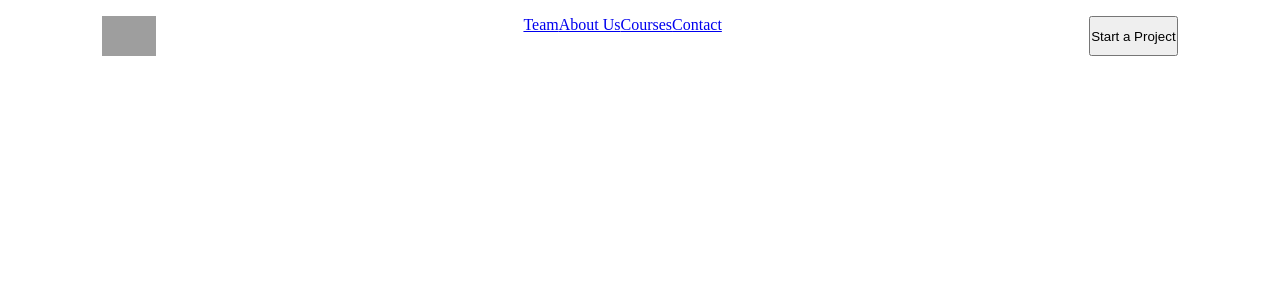
Repository: PraffulPatel27/Codehelp-Mini-Clone
Page: index.html
The author's editor kept a copy of each file at every save. The page is drawn from the files as they stood at one save, then again after a run of saves.
The browser window is 1280 px wide. The pictures show the whole page.
Pictures or frames that could not be fetched are drawn as grey boxes.

Above is the page before, as saved 2024-02-24 19:57:30.

### index.html
<!DOCTYPE html>
<html lang="en">
<head>
    <meta charset="UTF-8">
    <meta name="viewport" content="width=device-width, initial-scale=1.0">
    <title>Codehelp Website Clone</title>
    <link rel="stylesheet" href="style.css">
    <link rel="icon" href="assets/logo.png" type="image/x-icon">
</head>
<body>

    <div class="wrapper">

        <nav>
            <div class="nav-container">
                <img src="assets/logo.png" alt="logo" class="logo">

                <ul class="nav-links">
                    <li><a href="#">Team</a></li>
                    <li><a href="#">About Us</a></li>
                    <li><a href="#">Courses</a></li>
                    <li><a href="#">Contact</a></li>
                </ul>

                <button class="start-btn">Start a Project</button>
            </div>
        </nav>

        <!-- <div class="container">

            <div class="box" id="header">header</div>
            <div class="box" id="main-content1">main 1</div>
            <div class="box" id="main-content2">main 2</div>
            <div class="box" id="footer">footer</div>
        </div> -->

    </div>
</body>
</html>

### style.css
* {
    margin: 0;
    padding: 0;
    box-sizing: border-box;
}

.wrapper {
    padding-left: 8%;
    padding-right: 8%;
}

.nav-container {
    display: flex;
    justify-content: space-between;
    padding-top: 1.5%;
    padding-bottom: 1%;
}

.nav-container img {
    width: 5%;
}

.nav-container button {
    width: ;
}

.nav-links {
    display: flex;
    justify-content: space-between;
    list-style-type: none;
}

.container {
    height: 100vh;
    background-color: aquamarine;
    border: 1px solid green;
    display: grid;

    grid-template-rows: 80px 1fr 1fr 100px;
    grid-template-columns: 1fr;
    grid-gap: 15px;

    grid-template-areas:
    "hd"
    "main1"
    "main2"
    "ft";
}

.box {
    border: 1px solid red;
    background-color: antiquewhite;

}

#header {
    grid-area: hd;
}

#main-content1 {
    grid-row: main1
}

#main-content2 {
    grid-row: main2
}

#footer {
    grid-area: ft;
}

After the next 3 saves:
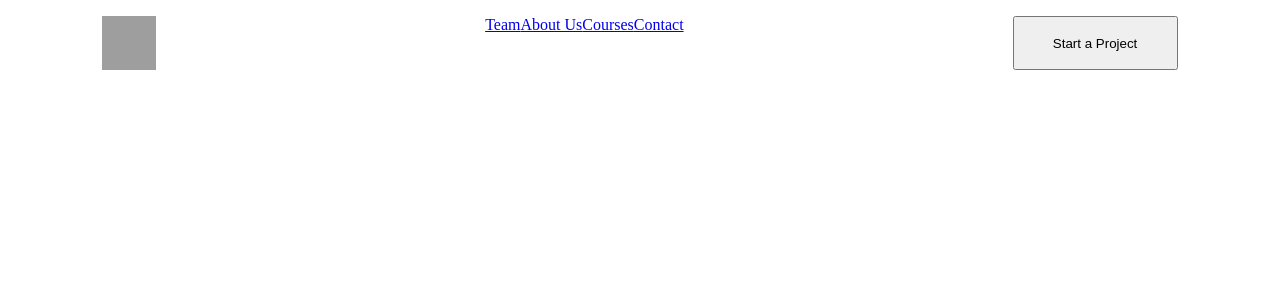
The 3 saves are shown as one change because they came seconds apart.
The last was saved 15 s later.
--- a/style.css
+++ b/style.css
@@ -21,7 +21,8 @@
 }
 
 .nav-container button {
-    width: ;
+    width: 165px;
+    height: 54px;
 }
 
 .nav-links {
